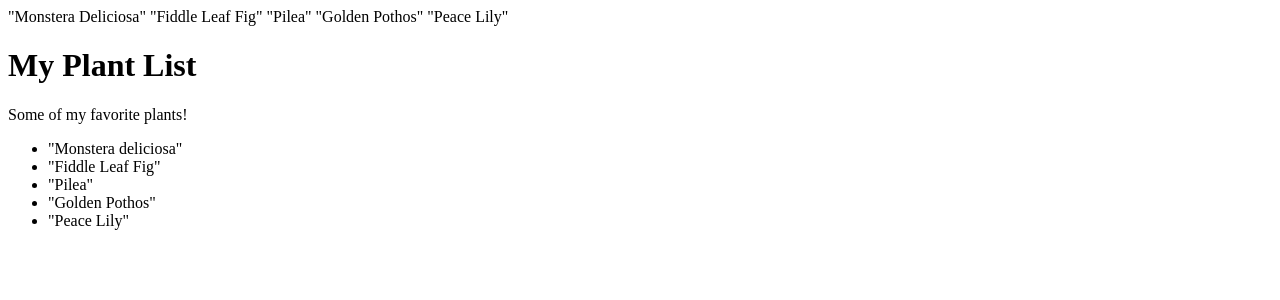
Repository: chiscobyte/README.md
Page: development/my_list.html
The author's editor kept a copy of each file at every save. The page is drawn from the files as they stood at one save, then again after the next save.
The browser window is 1280 px wide. The pictures show the whole page.

Above is the page before, as saved 2025-02-24 06:56:49.

After the next save:
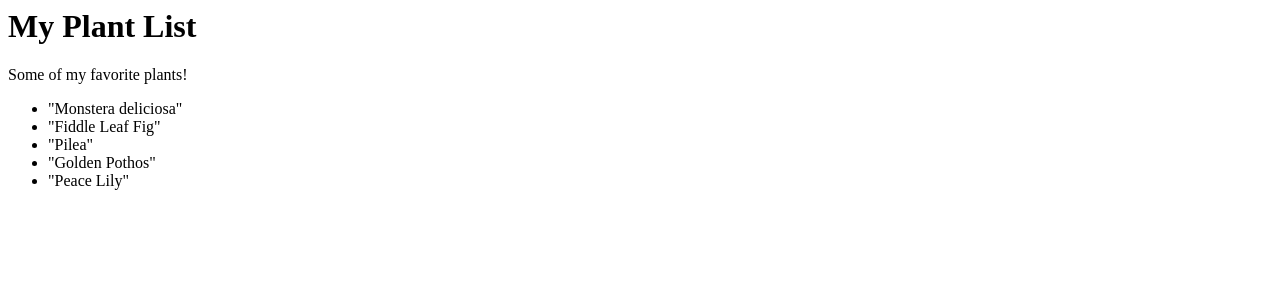
Saved 3 min 52 s later.
--- a/development/my_list.html
+++ b/development/my_list.html
@@ -1,8 +1,3 @@
-"Monstera Deliciosa"
-"Fiddle Leaf Fig"
-"Pilea"
-"Golden Pothos"
-"Peace Lily"
 <h1>My Plant List</h1>
 
 <p>Some of my favorite plants!</p>
